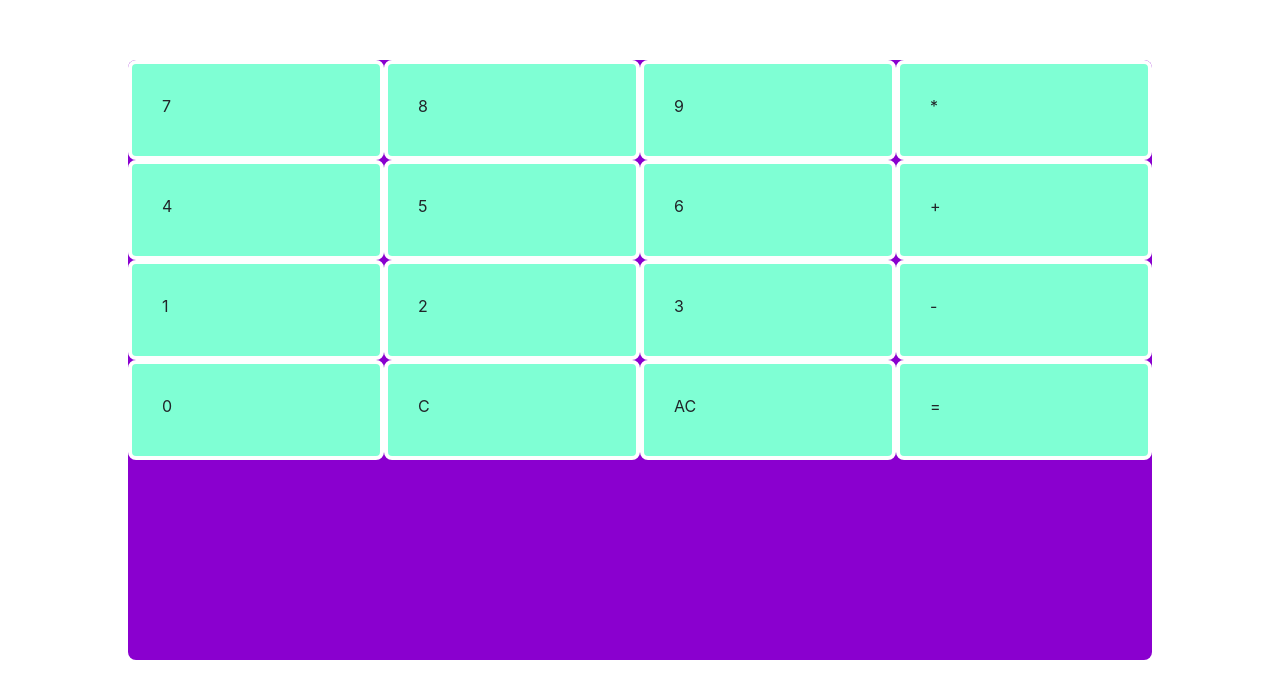
Repository: alessandradiamantino/Curso-Front-End-Design
Page: 1 - Introdução ao HTML e CSS/3 - Layouts, Grids e Flexbox/Bootstrap Grid system/index.html
The author's editor kept a copy of each file at every save. The page is drawn from the files as they stood at one save, then again after the next save.
The browser window is 1280 px wide. The pictures show the whole page.

Above is the page before, as saved 2023-04-24 11:04:57.

### 1 - Introdução ao HTML e CSS/3 - Layouts, Grids e Flexbox/Bootstrap Grid system/index.html
<!DOCTYPE html>
<html lang="en">
<head>
  <meta charset="UTF-8">
  <meta http-equiv="X-UA-Compatible" content="IE=edge">
  <meta name="viewport" content="width=device-width, initial-scale=1.0">
  <link rel="stylesheet" href="css/bootstrap.min.css">
  <link rel="stylesheet" href="css/style.css">
  <title>Document</title>
</head>

<body>
 <!--
  <div class="my-box container justify-content-center"> <!-- container responsivo
  <div class="row">
    <div class="col-sm- col-lg-3 div-1">DIV 1</div>
    <div class="col-sm- col-lg-2 div-2">DIV 2</div>
    <div class="col-sm- col-lg-2 div-3">DIV 3</div>
  </div>
   </div>
-->
   <div class="my-container">
    <div class="my-item">
      7
    </div>
    <div class="my-item">
      8
    </div>
    <div class="my-item">
      9
    </div>
    <div class="my-item">
      *
    </div>
    <div class="my-item">
      4
    </div>
    <div class="my-item">
      5
    </div>
    <div class="my-item">
      6
    </div>
    <div class="my-item">
      +
    </div><div class="my-item">
      1
    </div>
    <div class="my-item">
      2
    </div>
    <div class="my-item">
      3
    </div>
    <div class="my-item">
      -
    </div><div class="my-item">
      0
    </div>
    <div class="my-item">
      C
    </div>
    <div class="my-item">
      AC
    </div>
    <div class="my-item">
      =
    </div>
   </div>
</body>
</html>

### 1 - Introdução ao HTML e CSS/3 - Layouts, Grids e Flexbox/Bootstrap Grid system/css/style.css
* {
  box-sizing: border-box;
}
body {
  margin: 0;
  padding: 0;
}

.my-box{
  height: 100px;
}

.my-container{
  display: flex;
  width: 80%;
  height: 600px;
  margin: 60px auto;
  background-color: #8a00cf;
  border-radius: 8px;
  /*flex-direction: row;
  flex-wrap: wrap;*/
  flex-flow: row wrap;
  justify-content: space-between;
  align-items: flex-start;
  align-content: flex-start;
}

.my-item {
  height: 100px;
  padding: 30px;
  background-color: aquamarine;
  border-radius: 8px;
  border: 4px solid white;
  flex-basis: 25%;
}

.my-box div {
  background-color: blueviolet;
  height: 80px;
  margin-top: 10px;
}

.my-box .div-1 {
  background-color: aquamarine;
}

.my-box .div-2 {
  background-color: bisque;
}

.my-box .div-3 {
  background-color: cornflowerblue;
}

Loaded but not shown: 1 - Introdução ao HTML e CSS/3 - Layouts, Grids e Flexbox/Bootstrap Grid system/css/bootstrap.min.css (library)

After the next save:
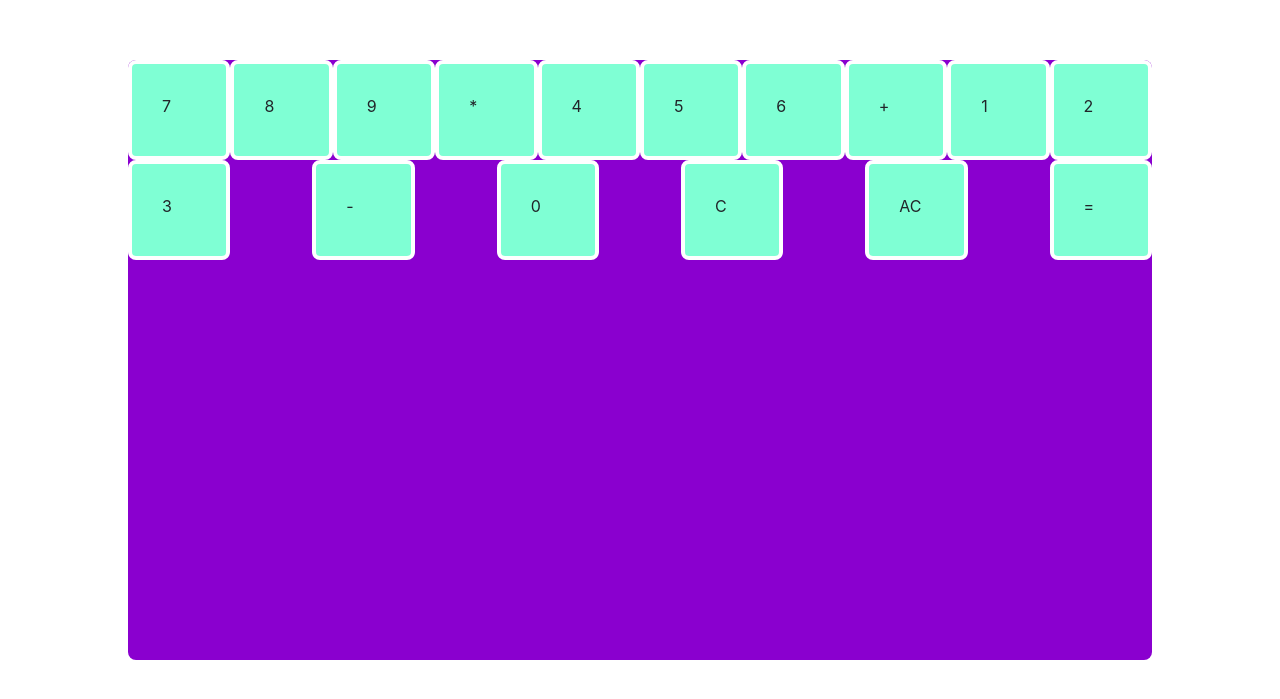
Saved 12 s later.
--- a/1 - Introdução ao HTML e CSS/3 - Layouts, Grids e Flexbox/Bootstrap Grid system/css/style.css
+++ b/1 - Introdução ao HTML e CSS/3 - Layouts, Grids e Flexbox/Bootstrap Grid system/css/style.css
@@ -31,7 +31,7 @@ body {
   background-color: aquamarine;
   border-radius: 8px;
   border: 4px solid white;
-  flex-basis: 25%;
+  flex-basis: 10%;
 }
 
 .my-box div {
